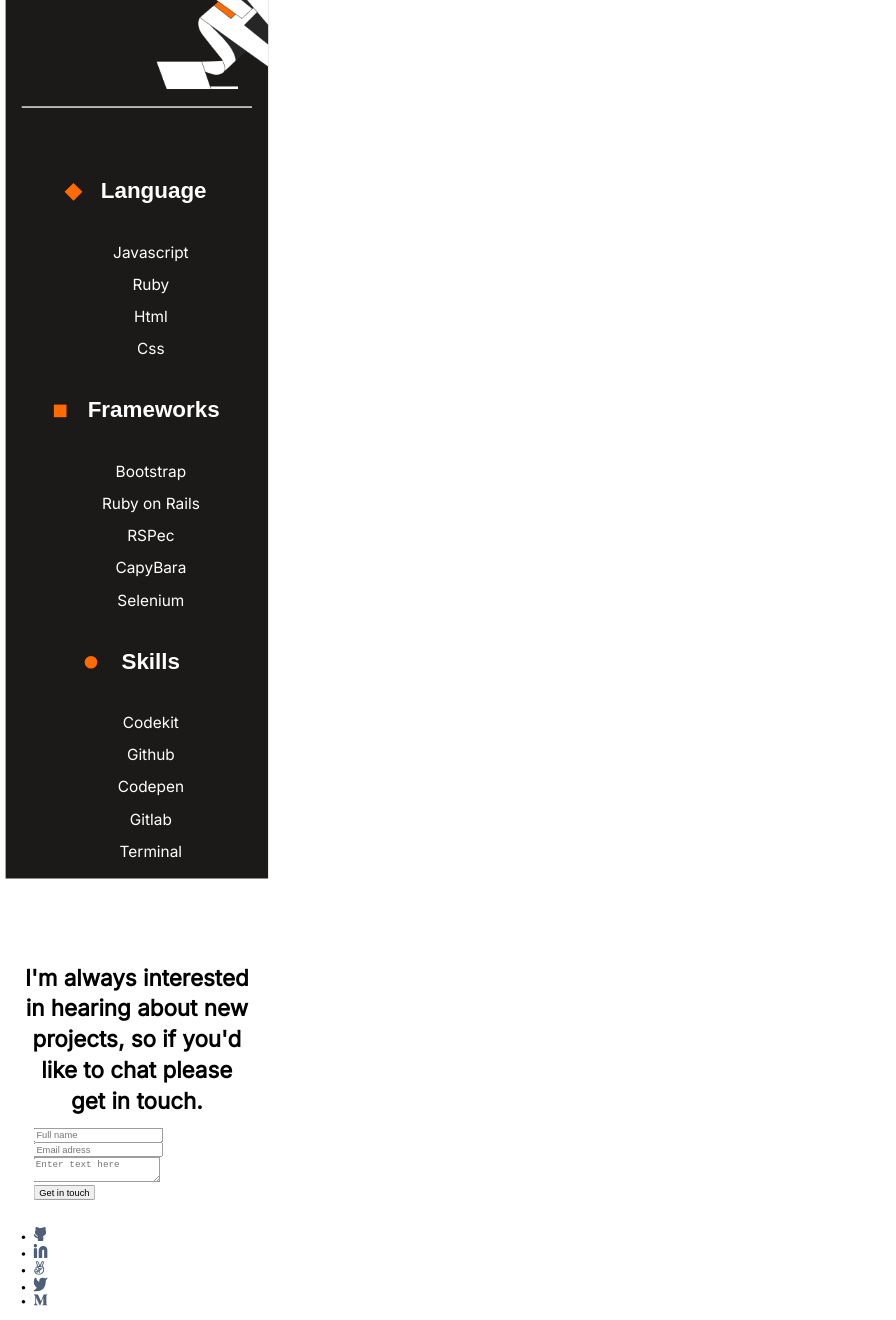
Repository: iBel251/portfolio
Page: index.html
These files come from the project's save history. The page is drawn as it stood at one moment and after the next save; the edit follows.
The browser window is 1280 px wide. The pictures show the part of the page from y = 4580 to 6500 px (the page is 6465 px tall before and 6582 px after), at 70% of full size.
Some web fonts or font styles are not loaded; a fallback is used.

Above is the page before, as saved 2022-03-22 10:54:11.

After the next save:
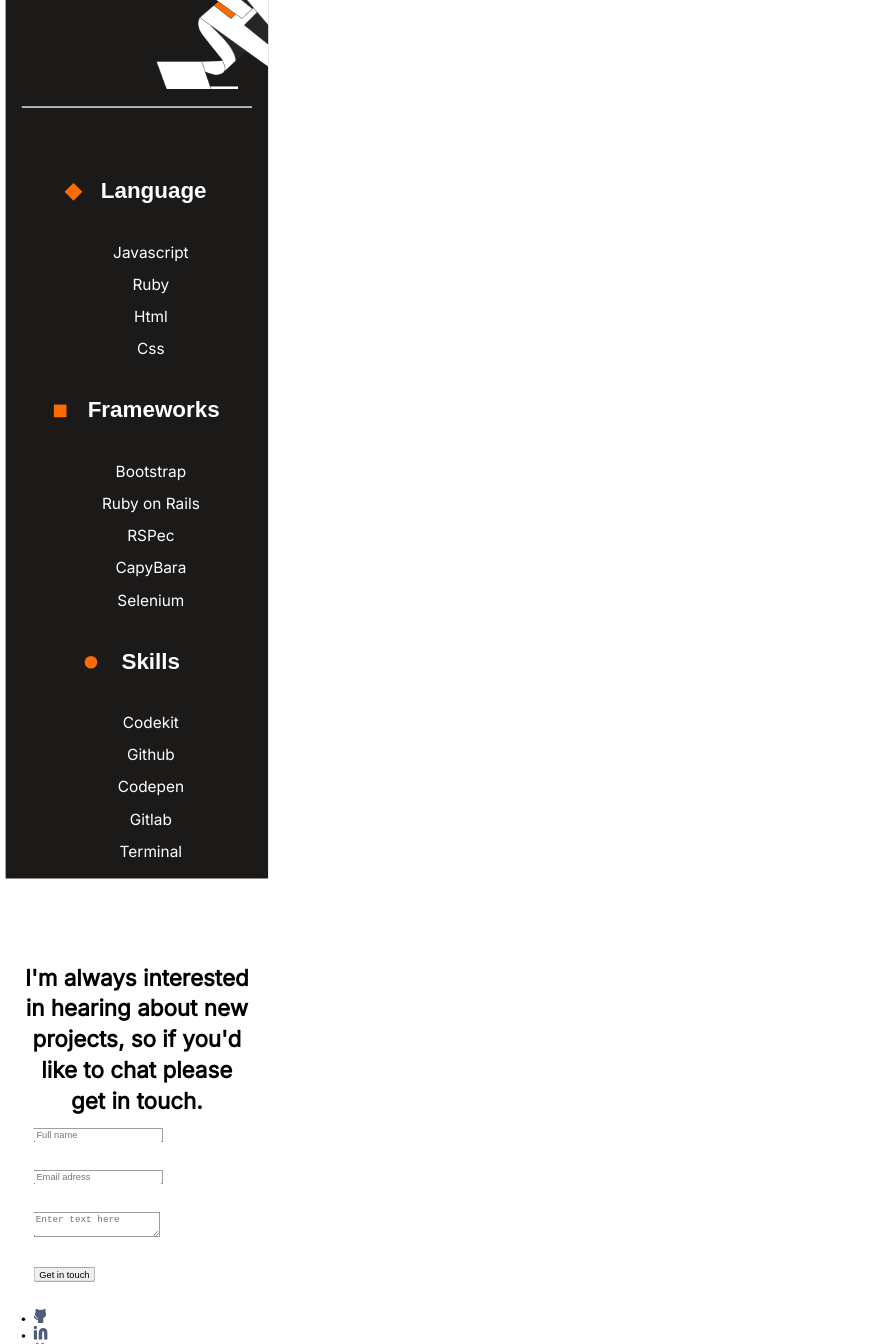
Saved 86 s later.
--- a/style.css
+++ b/style.css
@@ -418,5 +418,8 @@
 
 .form{
   list-style-type: none;
+}
+
+.form li {
   margin-bottom: 39px;
 }
